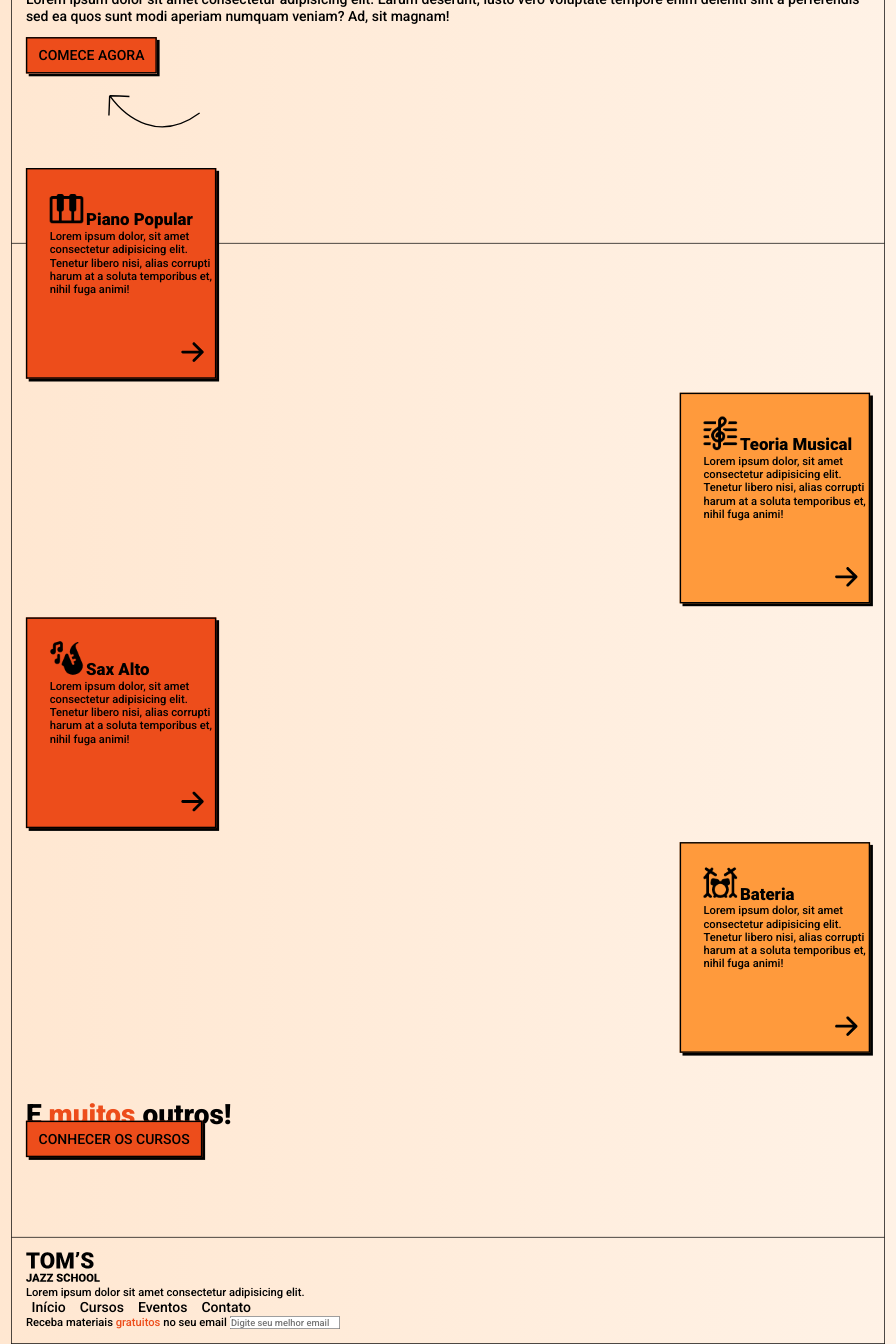
Repository: tenoriodasilva31/OBC-Music-School
Page: index.html
These files come from the project's save history. The page is drawn as it stood at one moment and after the next save; the edit follows.
The browser window is 1280 px wide. The pictures show the part of the page from y = 1190 to 3110 px (the page is 3110 px tall before and 3105 px after), at 70% of full size.

Above is the page before, as saved 2023-07-05 17:49:04.

### index.html
<!DOCTYPE html>
<html lang="pt-BR">
<head>
    <meta charset="UTF-8">
    <meta name="viewport" content="width=device-width, initial-scale=1.0">
    <title>Tom's Jazz School</title>

    <link rel="preconnect" href="https://fonts.googleapis.com">
    <link rel="preconnect" href="https://fonts.gstatic.com" crossorigin>

    <link rel="stylesheet" href="index.css">

    <link href="https://fonts.googleapis.com/css2?family=Roboto:wght@500;900&display=swap" rel="stylesheet">
</head>
<body>
    <header>
        <img src="./img/logo.svg" alt="Tom's School">
        <nav class="mt-1 nx-auto">
            <a href="#">Início</a>
            <a href="#">Cursos</a>
            <a href="#">Eventos</a>
            <a href="#">Contato</a>
        </nav>
        <button href="#" class="button mt-1 mb-1 nx-auto">Inscreva-se</button>
    </header>
    <main>
        <section class="hero-section">
            <img src="/img/hero-img.svg" alt="Banda de jazz se apresentando">
            <div>
                <h1 class="mt-2">Crie algo <span class="text-primary decoration">impactante</span> com música</h1>
                <p class="mt-2 mb-2">Lorem ipsum dolor sit amet consectetur adipisicing elit. Earum deserunt, iusto vero voluptate tempore enim deleniti sint a perferendis sed ea quos sunt modi aperiam numquam veniam? Ad, sit magnam!</p>
                <a href="#" class="button mt-1 mb-1 nx-auto">Comece agora</a>
            </div>
        </section>
        <section class="courses-section">
            <div class="cards">
            <article class="card">
                <img src="/img/piano.png" alt="icone de teclas de piano">
                <strong>Piano Popular</strong>
                <p>Lorem ipsum dolor, sit amet consectetur adipisicing elit. Tenetur libero nisi, alias corrupti harum at a soluta temporibus et, nihil fuga animi!</p>
                <a href="#">
                    <img src="/img/arrow-right.svg" alt="Ir para página do curso">
                </a>
            </article>
            <article class="card">
                <img src="/img/clef.png" alt="icone clave">
                <strong>Teoria Musical</strong>
                <p>Lorem ipsum dolor, sit amet consectetur adipisicing elit. Tenetur libero nisi, alias corrupti harum at a soluta temporibus et, nihil fuga animi!</p>
                <a href="#">
                    <img src="/img/arrow-right.svg" alt="Ir para página do curso">
                </a>
            </article>
            <article class="card">
                <img src="/img/sax.png" alt="icone de teclas de piano">
                <strong>Sax Alto</strong>
                <p>Lorem ipsum dolor, sit amet consectetur adipisicing elit. Tenetur libero nisi, alias corrupti harum at a soluta temporibus et, nihil fuga animi!</p>
                <a href="#">
                    <img src="/img/arrow-right.svg" alt="Ir para página do curso">
                </a>
            </article>
            <article class="card">
                <img src="/img/drums.png" alt="icone de teclas de piano">
                <strong>Bateria</strong>
                <p>Lorem ipsum dolor, sit amet consectetur adipisicing elit. Tenetur libero nisi, alias corrupti harum at a soluta temporibus et, nihil fuga animi!</p>
                <a href="#">
                    <img src="/img/arrow-right.svg" alt="Ir para página do curso">
                </a>
            </article>
            </div>
            <h2>E <span class="text-primary">muitos</span> outros!</h2>
            <a href="#" class="button">Conhecer os cursos</a>
        </section>
    </main>

    <footer>
        <div>
            <img src="/img/logo.svg" alt="Tom's School">
            <p>Lorem ipsum dolor sit amet consectetur adipisicing elit. </p>
        </div>
        <nav>
            <a href="#">Início</a>
            <a href="#">Cursos</a>
            <a href="#">Eventos</a>
            <a href="#">Contato</a>
        </nav>
        <form>
            <label for="email">Receba materiais <span class="text-primary">gratuitos</span> no seu email</label>
            <input type="text" name="email" id="email" placeholder="Digite seu melhor email">
        </form>
    </footer>
</body>
</html>

### index.css
* {
    box-sizing: border-box;
    font-family: 'Roboto', sans-serif;
    margin: 0;
    padding: 0;
}

:root {
    --color-primary: #ED4D1B;
    --color-secondary: #FF9a3c;
    --color-black: #000;
    --color-white: #FFF;
}

body {
    background: linear-gradient(90deg, #ffe7d1 0%, #FFF2e6 100%);
    padding: 0 1rem;
}

header,.hero-section, .courses-section, footer {
    border-color: var(--color-black);
    border-style: solid;
    border-width: 0 1px 1px 1px;
    padding: 1.25rem;
}

header img {
    display: block;
    margin: 1rem auto;
}

header nav {
    display: grid;
    grid-template-columns: 1fr, 1fr;
}

nav a {
    color: var(--color-black);
    font-size: 1.25rem;
    padding: .5rem;
    text-decoration: none;
}

header nav a:nth-child(2n-1) {
    text-align: right;
}

.button {
    background-color: var(--color-primary);
    border: 2px solid var(--color-black);
    box-shadow: 4px 4px 0 var(--color-black);
    color: var(--color-black);
    display: black;
    font-size: 1.25rem;
    padding: .75rem 1rem;
    max-width: 14rem;
    text-align: center;
    text-decoration: none;
    text-transform: uppercase;
}

.hero-section {
    padding-right: 0;
    padding-bottom: 16rem;

}

.hero-section img {
    display: block;
    margin: 1.25rem 0 0 auto;
    max-width: 100%;
}

h1 {
    font-size: 3rem;
    line-height: 105%;
}

h2 {
    font-size: 2.5rem;
}

.hero-section p {
    font-size: 1.25rem;
    padding-right: 1.25rem;
}

.hero-section .button {
    position: relative;

}

.hero-section .button::after {
    content: '';
    background: url("/img/arrow-curve.svg");
    position: absolute;
    top: 5rem;
    right: -4rem;
    height: 48px;
    width: 132px;
}

.decoration {
    display: block;
    position: relative;
}

.decoration::after {
    content: '';
    background: url(/img/three-dashes.svg);
    position: absolute;
    top: -0.75rem;
    height: 36px;
    width: 40px;
}

.courses-section {
    padding-bottom: 8rem;

}

.cards {
    display: flex;
    flex-direction: column;
    align-items: start;
    gap: 1.25rem;
    margin-top: -8rem;
    margin-bottom: 4rem;
}

.card {
    background-color: var(--color-primary);
    border: 2px solid var(--color-black);
    box-shadow: 4px 4px 0 var(--color-black);
    max-width: 17rem;
    padding: 2rem 0 0 2rem;
}

.card:nth-child(2n) {
    align-self: end;
    background-color: var(--color-secondary)
}

.card strong {
    display: black;
    font-size: 1.5rem;
    margin: 1rem 0;
}

.card a {
    display: block;
    margin: 3rem 0 0 auto;
    width: fit-content;
}

.mt-1 {
    margin-top: 1rem;
}

.mt-2 {
    margin-top: 2rem;
}

.mb-1 {
    margin-bottom: 1rem;
}

.mb-2 {
    margin-bottom: 2rem;
}

.mx-auto {
    margin-left: auto;
    margin-right: auto;
}

.text-primary {
    color: var(--color-primary);
}

.text-center {
    text-align: center;
}

After the next save:
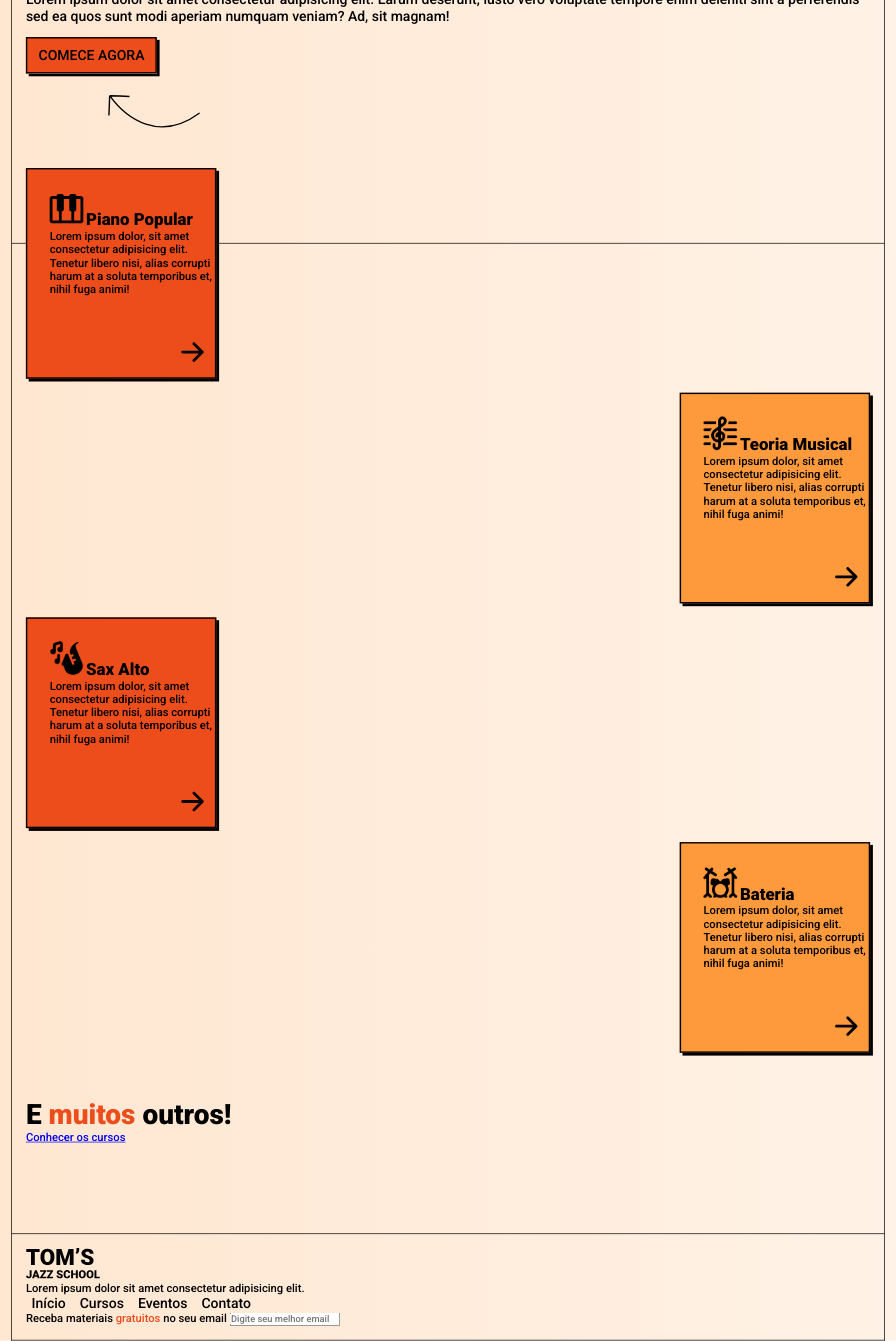
Saved 43 s later.
--- a/index.html
+++ b/index.html
@@ -68,7 +68,7 @@
             </article>
             </div>
             <h2>E <span class="text-primary">muitos</span> outros!</h2>
-            <a href="#" class="button">Conhecer os cursos</a>
+            <a href="#">Conhecer os cursos</a>
         </section>
     </main>
 
